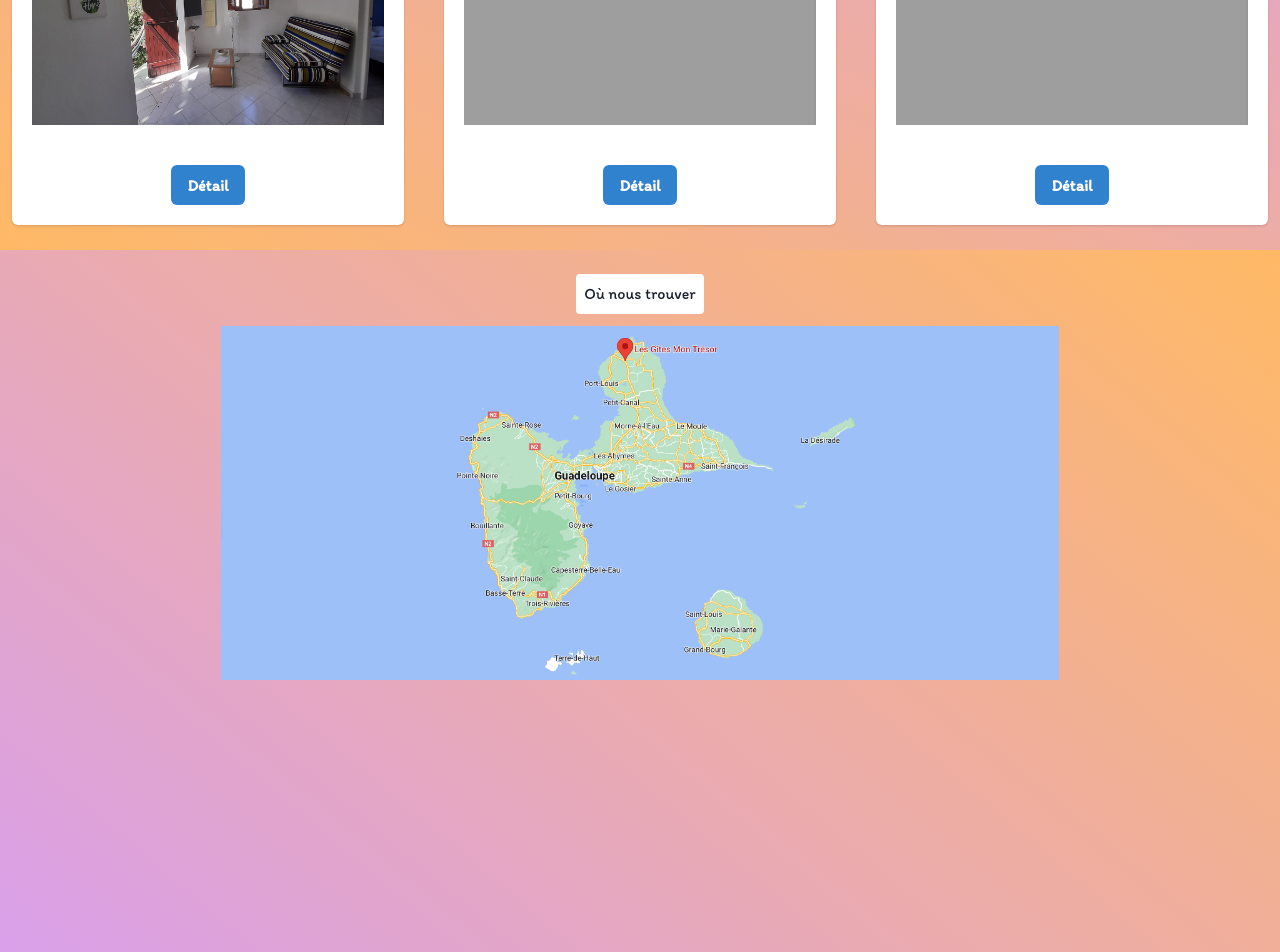
Repository: All-Khwarizmi/gites-v2
Page: /
The author's editor kept a copy of each file at every save. The page is drawn from the files as they stood at one save, then again after the next save.
The browser window is 1280 px wide. The pictures show the part of the page from y = 1190 to 2142 px (the page is 2160 px tall).
Pictures or frames that could not be fetched are drawn as grey boxes. The project was rebuilt for these pictures with package versions that can differ from the ones it lists, and the page was loaded fresh each time. The framework's server and built-in components were replaced by stand-ins that run in the browser. Also part of the build but not shown: next.config.js, next.config.mjs.

Above is the page before, as saved 2023-02-03 19:07:36.

After the next save:
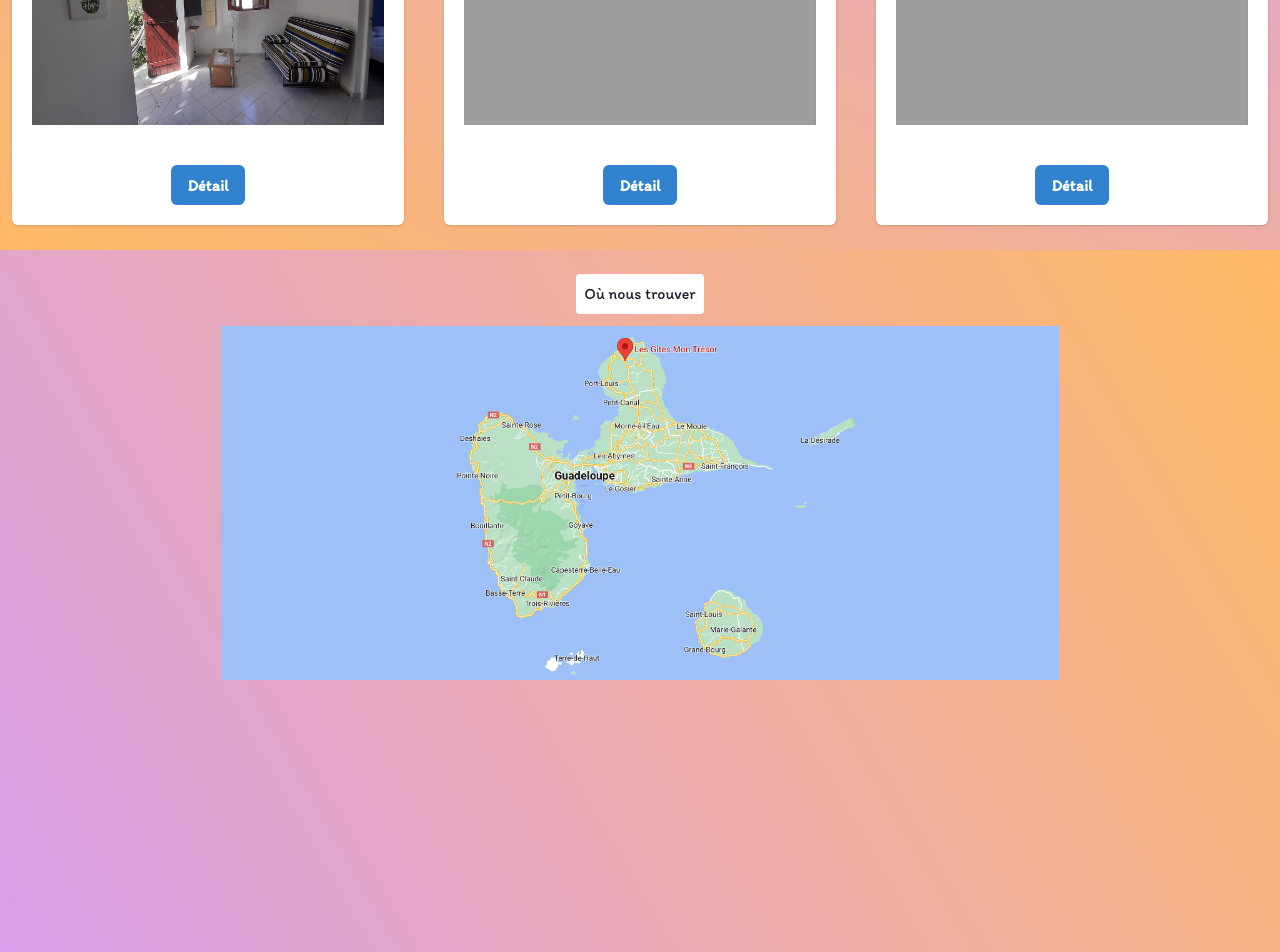
Saved 11 s later.
--- a/src/styles/globals.css
+++ b/src/styles/globals.css
@@ -43,7 +43,7 @@ body {
 }
 .section-2 {
   background-image: linear-gradient(
-    40deg,
+    60deg,
     var(--colorTwo) 0%,
     var(--colorOne) 100%
   );
